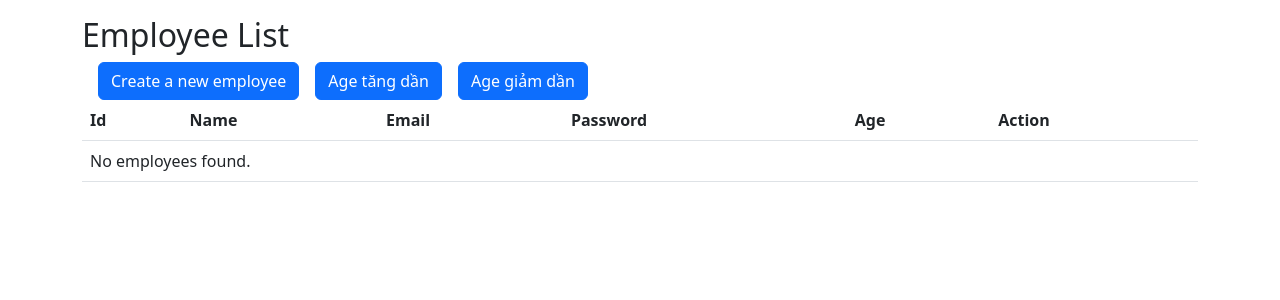
Repository: HoangLinh2001/PHP
Page: http://localhost/age_asc.php
These files come from the project's save history. The page is drawn as it stood at one moment and after the next save; the edit follows.
The browser window is 1280 px wide. The pictures show the whole page.
The page is run by PHP 8.4 with error messages shown; the project is at /var/www/html/. Queries for data that is not in the repository find no rows.

Above is the page before, as saved 2023-06-21 15:27:38.

After the next save:
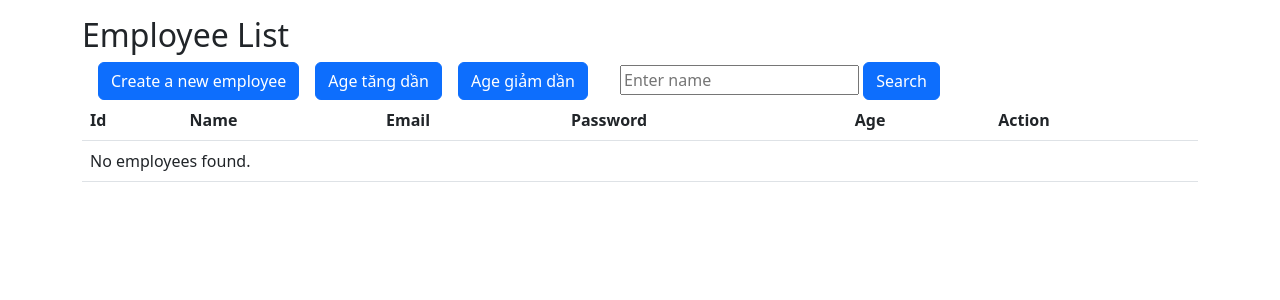
Saved 46 s later.
--- a/DEMOPHPBUOI2/age_asc.php
+++ b/DEMOPHPBUOI2/age_asc.php
@@ -14,6 +14,10 @@
         .create-filter-employee a{
             margin-left: 1rem;
         }
+
+        .create-filter-employee .search-form{
+            margin-left: 2rem;
+        }
     </style>
 </head>
 
@@ -29,6 +33,10 @@
             <a class="btn btn-primary" href="create_employee.php">Create a new employee</a>
             <a class="btn btn-primary" href="age_asc.php">Age tăng dần</a>
             <a class="btn btn-primary" href="age_desc.php">Age giảm dần</a>
+            <form action="search_name.php" method="GET" class="search-form">
+                <input type="text" name="search_name" placeholder="Enter name" />
+                <button type="submit" class="btn btn-primary">Search</button>
+            </form>
         </div>
         <table class="table">
             <thead>
